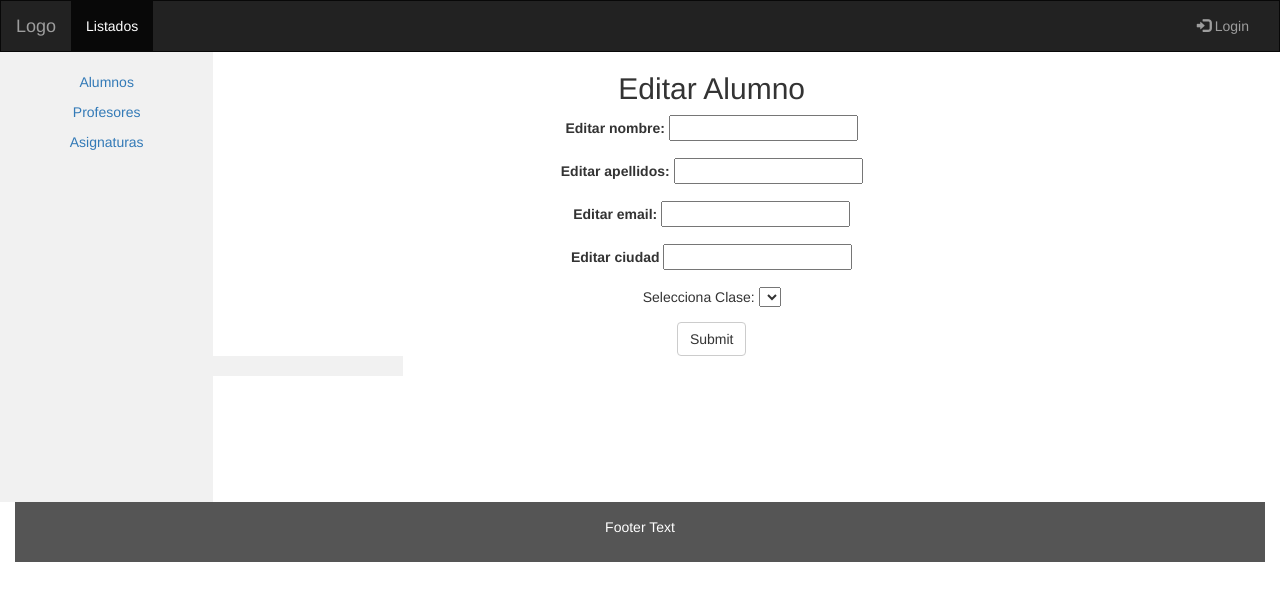
Repository: gsegovia69/BecaJava_2019
Page: http://localhost/editar
These files come from the project's save history. The page is drawn as it stood at one moment and after the next save; the edit follows.
The browser window is 1280 px wide. The pictures show the whole page.
The page is this project's Thymeleaf template; nobody is signed in. The template is opened directly, without the code that normally fills it, so the values that code supplies are empty.

Above is the page before, as saved 2019-05-16 14:52:13.

### EJERCICIOS/ROBERTO_QUESADA/Everis/springisthebest/springisthebest/src/main/resources/templates/editar.html
<!DOCTYPE html>
<html xmlns="http://www.w3.org/1999/xhtml"
	  xmlns:th="http://www.thymeleaf.org">
<head>
  <title>Bootstrap Example</title>
  <meta charset="utf-8">
  <meta name="viewport" content="width=device-width, initial-scale=1">
  <link rel="stylesheet" href="https://maxcdn.bootstrapcdn.com/bootstrap/3.4.0/css/bootstrap.min.css">
  <script src="https://ajax.googleapis.com/ajax/libs/jquery/3.4.0/jquery.min.js"></script>
  <script src="https://maxcdn.bootstrapcdn.com/bootstrap/3.4.0/js/bootstrap.min.js"></script>
  <style>
    /* Remove the navbar's default margin-bottom and rounded borders */
    .navbar {
      margin-bottom: 0;
      border-radius: 0;
    }

    /* Set height of the grid so .sidenav can be 100% (adjust as needed) */
    .row.content {height: 450px}

    /* Set gray background color and 100% height */
    .sidenav {
      padding-top: 20px;
      background-color: #f1f1f1;
      height: 100%;
    }

    /* Set black background color, white text and some padding */
    footer {
      background-color: #555;
      color: white;
      padding: 15px;
    }

    /* On small screens, set height to 'auto' for sidenav and grid */
    @media screen and (max-width: 767px) {
      .sidenav {
        height: auto;
        padding: 15px;
      }
      .row.content {height:auto;}
    }
  </style>
</head>
<body>
<nav class="navbar navbar-inverse">
  <div class="container-fluid">
    <div class="navbar-header">
      <button type="button" class="navbar-toggle" data-toggle="collapse" data-target="#myNavbar">
        <span class="icon-bar"></span>
        <span class="icon-bar"></span>
        <span class="icon-bar"></span>
      </button>
      <a class="navbar-brand" href="#">Logo</a>
    </div>
    <div class="collapse navbar-collapse" id="myNavbar">
      <ul class="nav navbar-nav">
        <li class="active"><a href="#">Listados</a></li>
      </ul>
      <ul class="nav navbar-nav navbar-right">
        <li><a href="#"><span class="glyphicon glyphicon-log-in"></span> Login</a></li>
      </ul>
    </div>
  </div>
</nav>

<div class="container-fluid text-center">
  <div class="row content">
    <div class="col-sm-2 sidenav">
      <p><a th:href="@{/listado}">Alumnos</a></p>
      <p><a th:href="@{/listadoprofesores}">Profesores</a></p>
      <p><a th:href="@{/listasign}">Asignaturas</a></p>
    </div>
<div class="container">
  <h2>Editar Alumno</h2>
  <form action=# method="post" th:object="${alumno}" th:action="@{/editarAlumno}">
    <div class="form-group">
      <label for="nombre">Editar nombre:</label>
      <input type="text" th:field="${alumno.nombre}" >
    </div>
    <div class="form-group">
    	<label for="nombre">Editar apellidos:</label>
      	<input type="text" th:field="${alumno.apellidos}" >
    </div>
       <div class="form-group">
    	<label for="nombre">Editar email:</label>
      	<input type="text" th:field="${alumno.email}" >
    </div>
       <div class="form-group">
    	<label for="nombre">Editar ciudad</label>
      	<input type="text" th:field="${alumno.ciudad}" >
    </div>
    <div class="form-group">

    </div>
      <div>
                <td>Selecciona Clase:</td>
                <td>
                    <select th:field= "${alumno.idClase.id}" >
                         <option th:each="curso : ${alumno.cursos}"
                            th:value="${{curso.id}}"
                            th:text="${curso.nombre}"
                            th:selected="(${curso.id} == ${alumno.idClase.id})"/>
                  </select>
                    </td>

                  </div>
       <div class="form-group">
      	<input type="hidden" th:field="${alumno.id}" />


    </div>

    <input type="hidden" th:field="${alumno.nombreCurso}" value="${asign.nombreCurso}" >

    <button type="submit" class="btn btn-default">Submit</button>
  </form>
 <div class="col-sm-2 sidenav">

    </div>
  </div>
</div>

<footer class="container-fluid text-center">
  <p>Footer Text</p>
</footer>

</body>
</html>

After the next save:
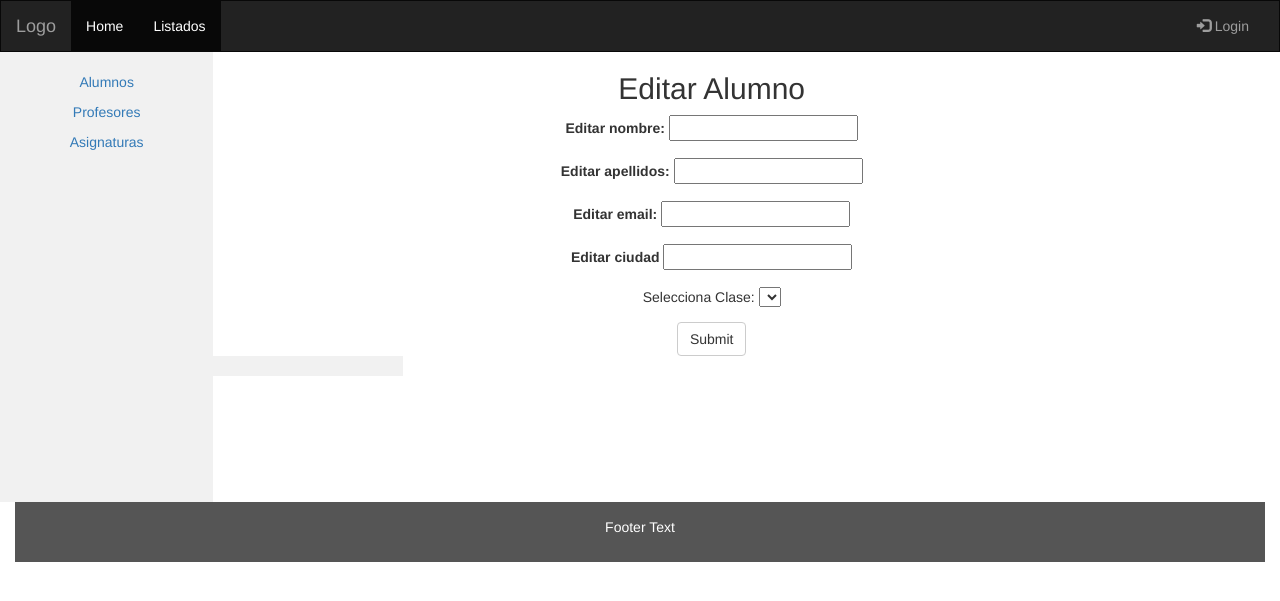
Saved 49 s later.
--- a/EJERCICIOS/ROBERTO_QUESADA/Everis/springisthebest/springisthebest/src/main/resources/templates/editar.html
+++ b/EJERCICIOS/ROBERTO_QUESADA/Everis/springisthebest/springisthebest/src/main/resources/templates/editar.html
@@ -54,6 +54,9 @@
       <a class="navbar-brand" href="#">Logo</a>
     </div>
     <div class="collapse navbar-collapse" id="myNavbar">
+     <ul class="nav navbar-nav">
+        <li class="active"><a th:href="@{/}">Home</a></li>
+      </ul>
       <ul class="nav navbar-nav">
         <li class="active"><a href="#">Listados</a></li>
       </ul>
